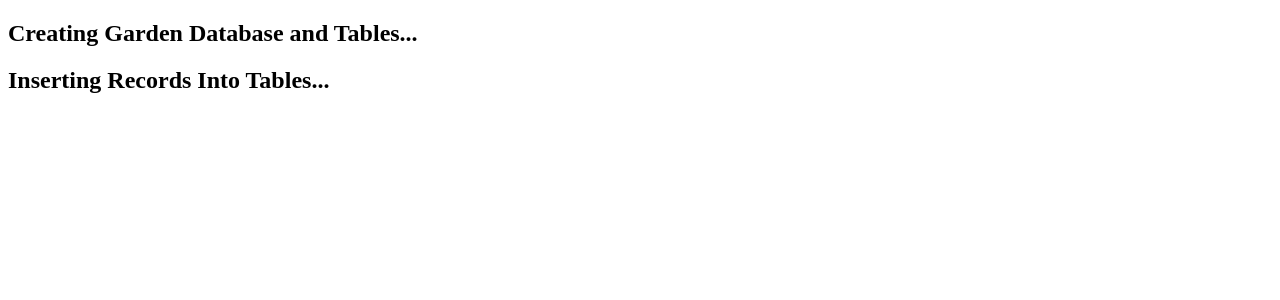
Repository: bkyncl/csd-430
Page: http://localhost/kyncl_08/createandpop.jsp
The author's editor kept a copy of each file at every save. The page is drawn from the files as they stood at one save, then again after the next save.
The browser window is 1280 px wide. The pictures show the whole page.
The page is served by Tomcat 9.

Above is the page before, as saved 2023-07-04 05:37:16.

After the next save:
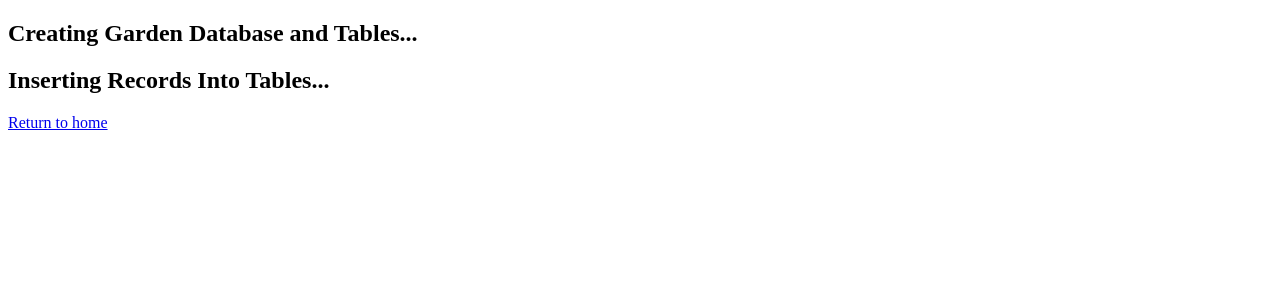
Saved 43 s later.
--- a/kyncl_08/src/main/webapp/createandpop.jsp
+++ b/kyncl_08/src/main/webapp/createandpop.jsp
@@ -13,5 +13,7 @@
 <h2>Creating Garden Database and Tables...</h2>
 
 <h2>Inserting Records Into Tables...</h2>
+
+<a href="index.jsp">Return to home</a>
 </body>
 </html>
